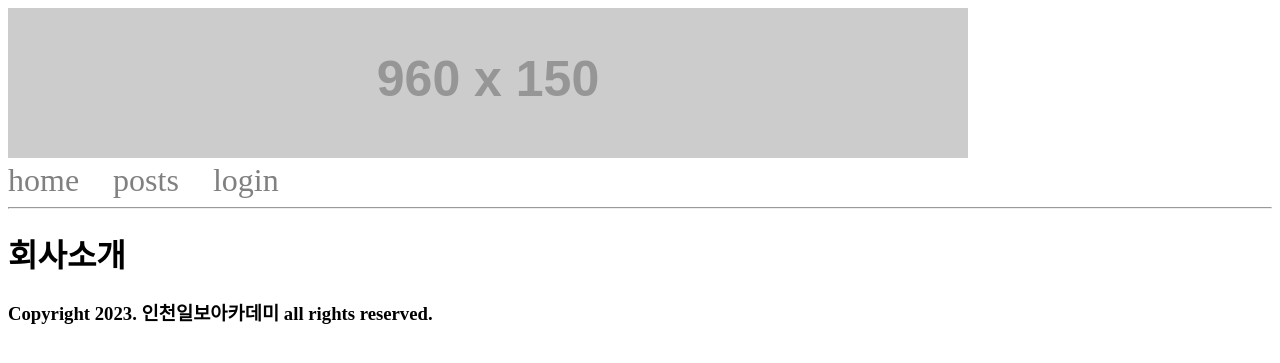
Repository: wkdtkgkek16/web01
Page: http://localhost/ex01/
These files come from the project's save history. The page is drawn as it stood at one moment and after the next save; the edit follows.
The browser window is 1280 px wide. The pictures show the whole page.
The page is served by Tomcat 9. Other server files are loaded and not shown.

Above is the page before, as saved 2023-03-27 01:20:39.

### ex01/WebContent/home.jsp
<%@ page language="java" contentType="text/html; charset=UTF-8"
    pageEncoding="UTF-8"%>
<!DOCTYPE html>
<html>
<head>
<meta charset="UTF-8">
<title>Insert title here</title>
	<style>
		.div_menu a{
			color: gray;
			text-decoration: none;
			padding-right: 30px;
			font-size: 2rem;
		}
	</style>
</head>
<body>
	<jsp:include page="header.jsp"></jsp:include>
	<div class="div_menu">
		<a href="/">home</a>
		<a href="/posts">posts</a>
		<a href="/login">login</a>
	</div>
	<hr/>
	<jsp:include page="${pageName}"></jsp:include>
	<jsp:include page="footer.jsp"></jsp:include>
</body>
</html>

### ex01/WebContent/header.jsp
<%@ page language="java" contentType="text/html; charset=UTF-8"
    pageEncoding="UTF-8"%>
<div class="div_header">
	<img src="http://via.placeholder.com/960x150"/>
</div>

### ex01/WebContent/about.jsp
<%@ page language="java" contentType="text/html; charset=UTF-8"
    pageEncoding="UTF-8"%>
<h1>회사소개</h1>

### ex01/WebContent/footer.jsp
<%@ page language="java" contentType="text/html; charset=UTF-8"
    pageEncoding="UTF-8"%>
    <div class="footer">
		<h3>Copyright 2023. 인천일보아카데미 all rights reserved.</h3>
	</div>

### ex01/src/controller/HomeController.java
package controller;

import java.io.IOException;

import javax.servlet.RequestDispatcher;
import javax.servlet.ServletException;
import javax.servlet.annotation.WebServlet;
import javax.servlet.http.HttpServlet;
import javax.servlet.http.HttpServletRequest;
import javax.servlet.http.HttpServletResponse;


@WebServlet("/")
public class HomeController extends HttpServlet {
	private static final long serialVersionUID = 1L;

	protected void doGet(HttpServletRequest request, HttpServletResponse response) throws ServletException, IOException {
		RequestDispatcher dis=request.getRequestDispatcher("home.jsp");
		request.setAttribute("pageName", "about.jsp");
		dis.forward(request, response);
	}

	protected void doPost(HttpServletRequest request, HttpServletResponse response) throws ServletException, IOException {

	}

}

After the next save:
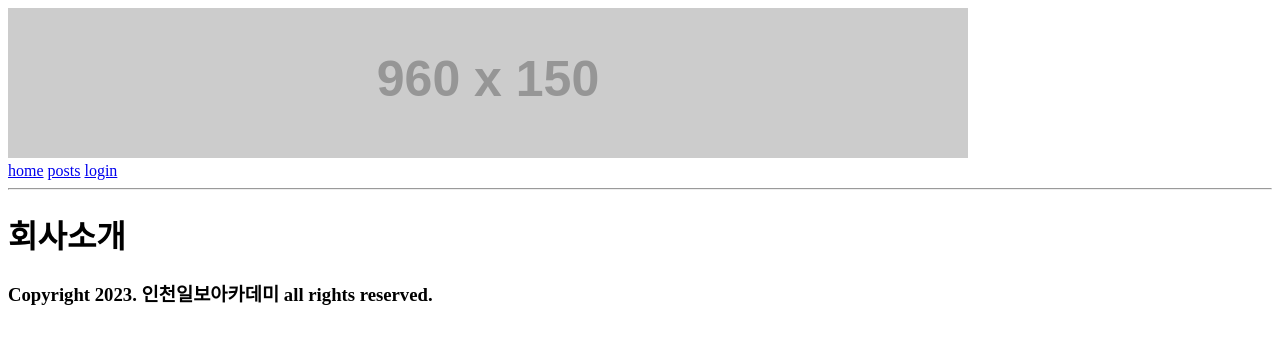
Saved 87 s later.
--- a/ex01/WebContent/home.jsp
+++ b/ex01/WebContent/home.jsp
@@ -5,14 +5,7 @@
 <head>
 <meta charset="UTF-8">
 <title>Insert title here</title>
-	<style>
-		.div_menu a{
-			color: gray;
-			text-decoration: none;
-			padding-right: 30px;
-			font-size: 2rem;
-		}
-	</style>
+	<link href="./homecss" rel="stylesheet" type="text/css">
 </head>
 <body>
 	<jsp:include page="header.jsp"></jsp:include>
